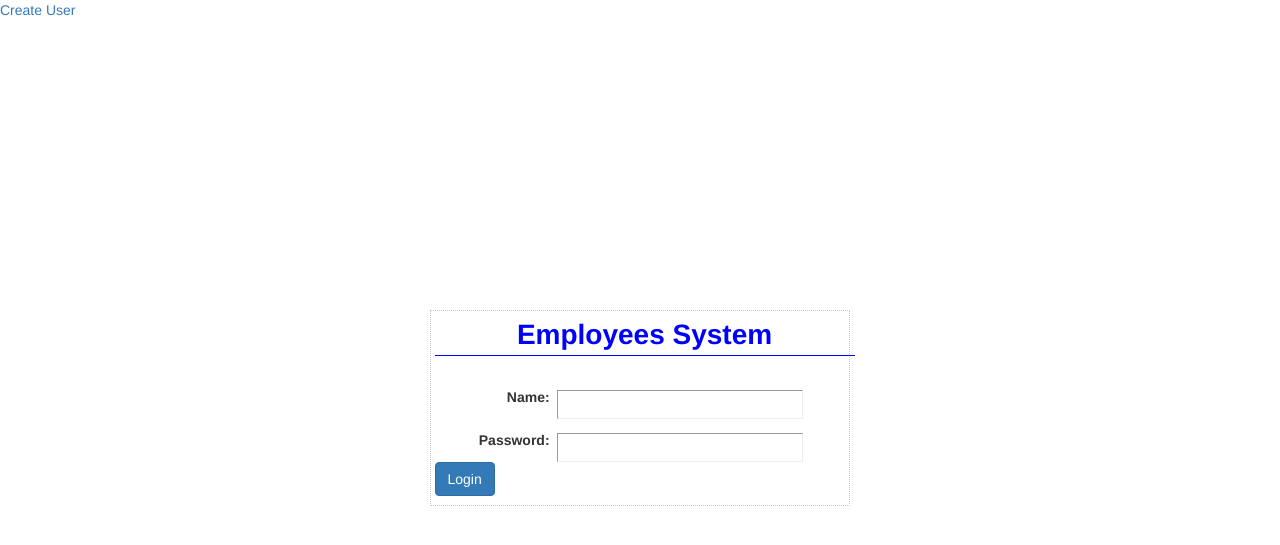
Repository: Hossam-Ali-zz/Employee-System
Page: http://localhost/Employee/login.jsp?lang=en
An editor plug-in stored every save of this project. The page is shown before and after the next save, followed by the edit.
The browser window is 1280 px wide. The pictures show the whole page.
Some web libraries are served in a nearby version. The page is served by Tomcat 9. Nobody is signed in. The application's start-up code is not run.

Above is the page before, as saved 2017-04-03 12:27:23.

After the next save:
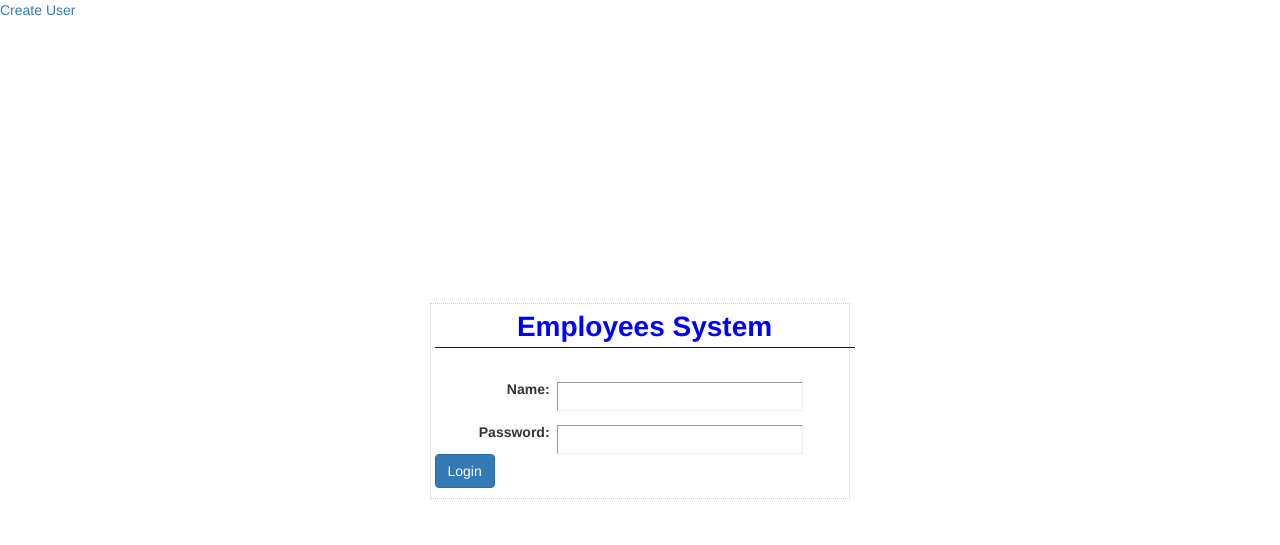
Saved 30 s later.
--- a/Employee/WebContent/login.jsp
+++ b/Employee/WebContent/login.jsp
@@ -20,7 +20,7 @@ form {
 	height: 14em;
 	margin: -5em auto 0 auto;
 	position: relative;
-	top: 50%;
+	top: 49%;
 	border: 1px dotted #ccc;
 	padding: .25em;
 }
